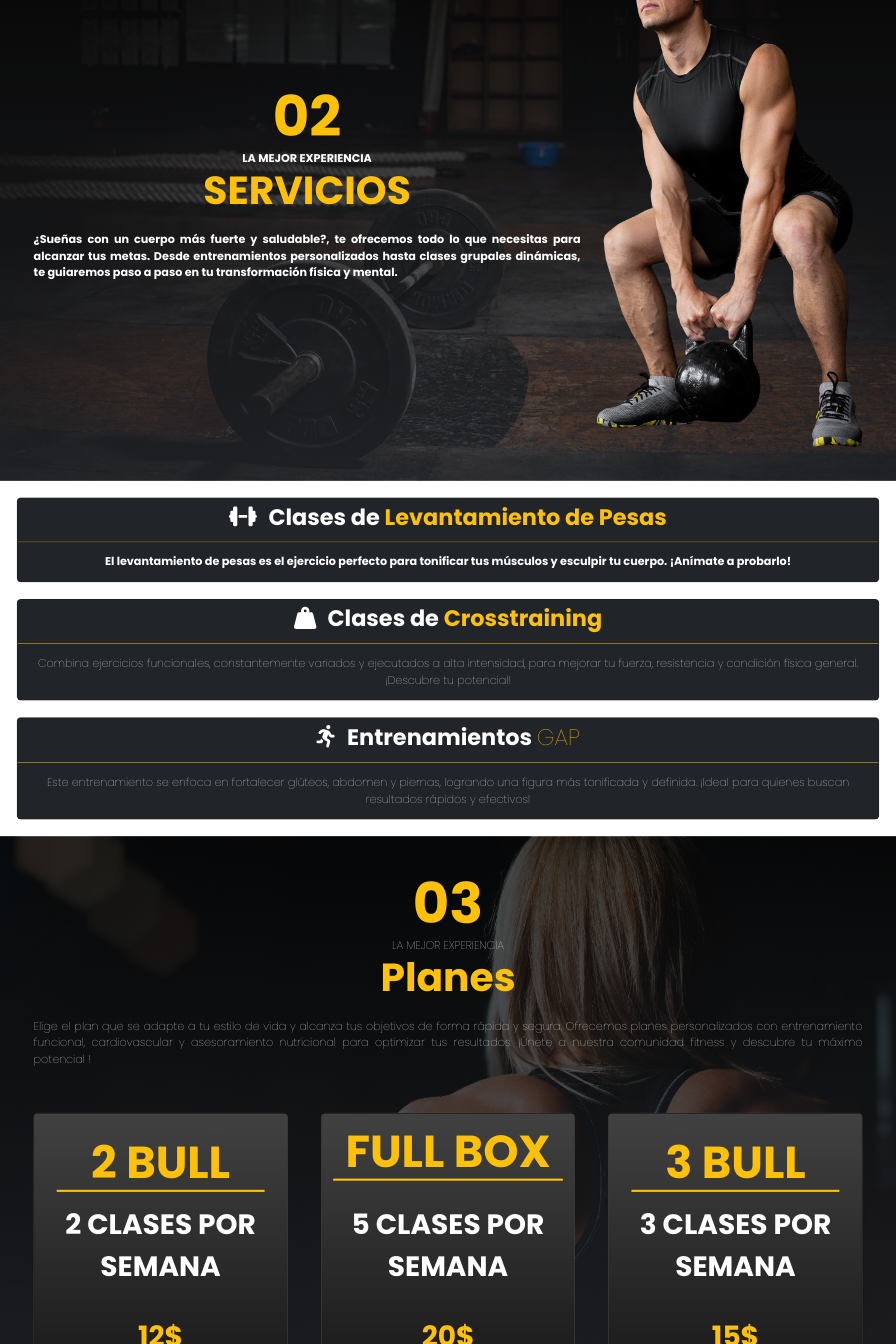
Repository: enjeru13/BullBox
Page: / (app in BullBox/)
These files come from the project's save history. The page is drawn as it stood at one moment and after the next save; the edit follows.
The browser window is 1280 px wide. The pictures show the part of the page from y = 1894 to 3814 px (the page is 4177 px tall), at 70% of full size.
The project was rebuilt for these pictures with package versions that can differ from the ones it lists, and the page was loaded fresh each time. Also part of the build but not shown: BullBox/vite.config.js, BullBox/src/pages/Registro.jsx, BullBox/src/pages/Login.jsx, BullBox/src/pages/Perfil.jsx, BullBox/src/pages/Tienda.jsx, BullBox/ProtectedRoute.jsx.

Above is the page before, as saved 2024-10-28 12:21:09.

After the next save:
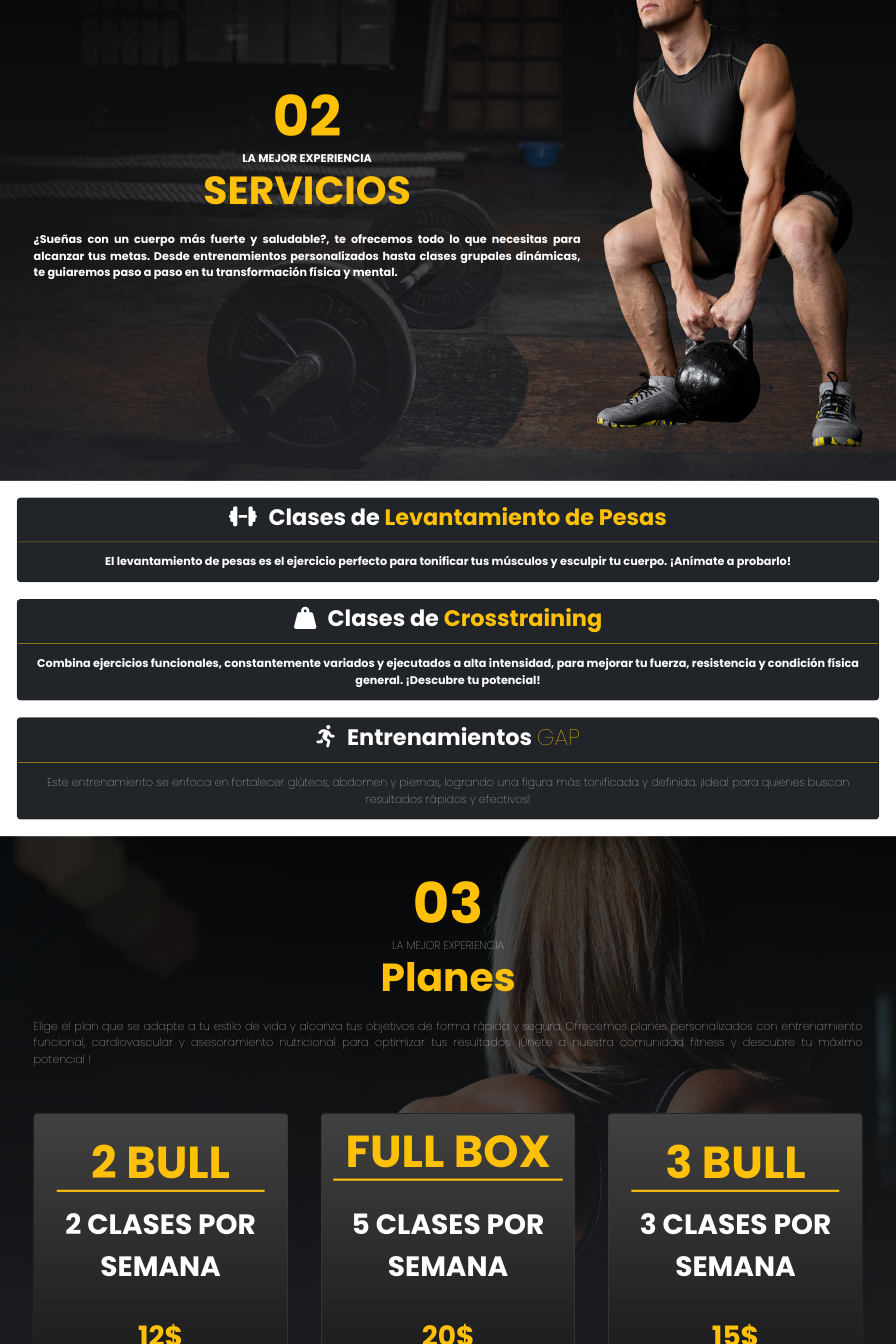
Saved 6 s later.
--- a/BullBox/src/pages/Inicio.jsx
+++ b/BullBox/src/pages/Inicio.jsx
@@ -77,7 +77,7 @@ function Inicio() {
                     <h2 className=" fw-bold card-title text-center"><i className='me-3'><FontAwesomeIcon icon={faWeightHanging} /></i>Clases de <span className='text-warning fw-bold'>Crosstraining</span></h2>
                 </div>
                 <div className="card-body">
-                    <p className="card-text text-center">Combina ejercicios funcionales, constantemente variados y ejecutados a alta intensidad, para mejorar tu fuerza, resistencia y condición física general. ¡Descubre tu potencial!</p>
+                    <p className="card-text text-center fw-bold">Combina ejercicios funcionales, constantemente variados y ejecutados a alta intensidad, para mejorar tu fuerza, resistencia y condición física general. ¡Descubre tu potencial!</p>
                 </div>
             </div>
 
